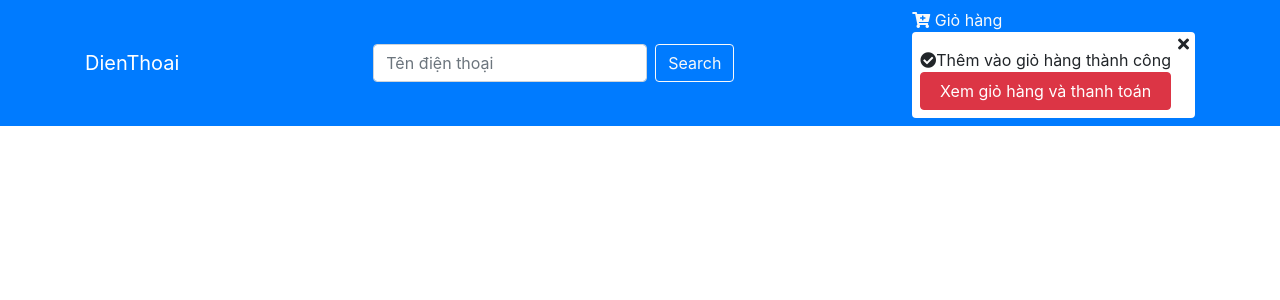
Repository: dovanthao2404/BC14_Bai_Tap_Ban_Dien_Thoai_dovanthao
Page: app/views/index.html
The author's editor kept a copy of each file at every save. The page is drawn from the files as they stood at one save, then again after the next save.
The browser window is 1280 px wide. The pictures show the whole page.
Some web libraries are served in a nearby version. The style sheet was rebuilt from its Sass, Less or Tailwind sources for each picture, by a compiler version that may differ from the author's.

Above is the page before, as saved 2021-08-14 16:08:55.
Console error (its wording comes from the project's code and is left out).

After the next save:
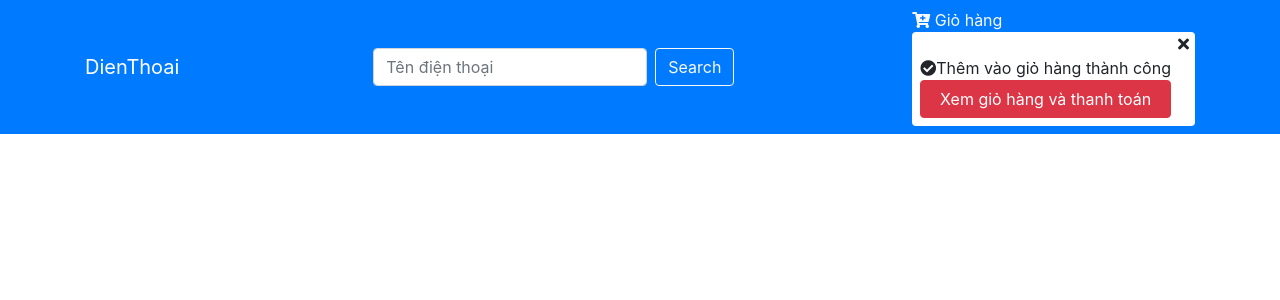
Saved 10 s later.
--- a/assets/scss/main.scss
+++ b/assets/scss/main.scss
@@ -25,6 +25,8 @@
   &:before {
     content: "";
     display: block;
+    width: 8px;
+    height: 8px;
   }
 
   .icon-close {

After the save that followed:
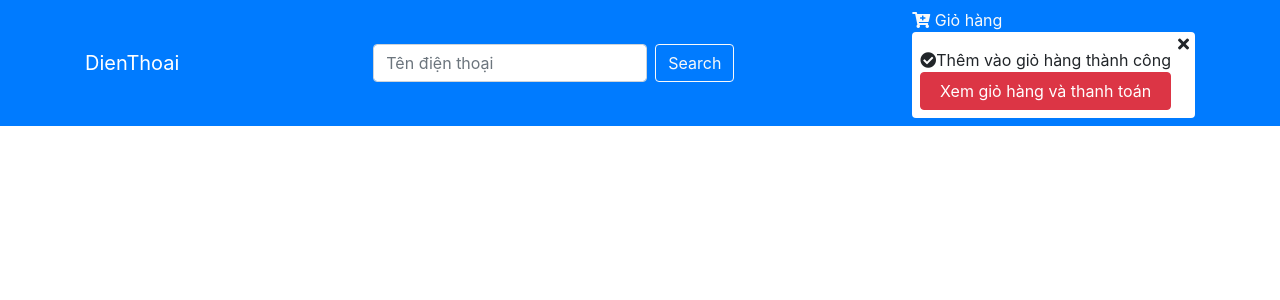
Saved 12 s later.
--- a/assets/scss/main.scss
+++ b/assets/scss/main.scss
@@ -24,6 +24,7 @@
   position: relative;
   &:before {
     content: "";
+    position: absolute;
     display: block;
     width: 8px;
     height: 8px;
